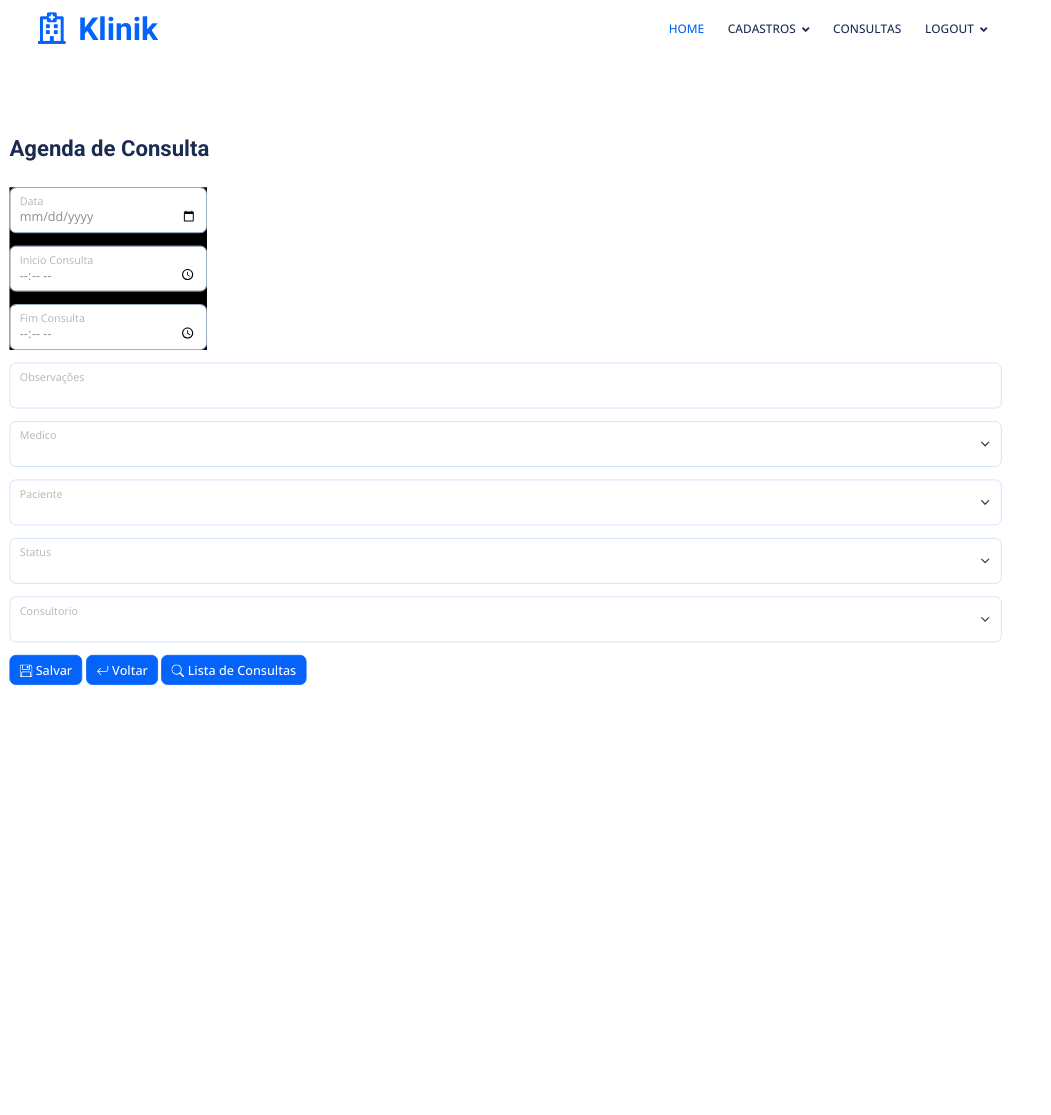
Repository: henrickrufino91/AgendaConsultas
Page: http://localhost/consulta/novaConsulta
The author's editor kept a copy of each file at every save. The page is drawn from the files as they stood at one save, then again after the next save.
The browser window is 1280 px wide. The page is 1331 px wide, so the pictures cover 1331 px, including what lies to the right of the window. The pictures show the whole page, at 79% of full size.
Some web libraries are served in a nearby version. The page is this project's Thymeleaf template; nobody is signed in. The template is opened directly, without the code that normally fills it, so the values that code supplies are empty.

Above is the page before, as saved 2024-12-27 03:50:19.

### clinica/src/main/resources/templates/consulta/novaConsulta.html
<!DOCTYPE html>
<html lang="en">

<head>
    <meta charset="utf-8">
    <title>Nova Consulta</title>
    <meta content="width=device-width, initial-scale=1.0" name="viewport">
    <meta content="" name="keywords">
    <meta content="" name="description">

    <!-- Favicon -->
    <link href="img/favicon.ico" rel="icon">

    <!-- Google Web Fonts -->
    <link rel="preconnect" href="https://fonts.googleapis.com">
    <link rel="preconnect" href="https://fonts.gstatic.com" crossorigin>
    <link href="https://fonts.googleapis.com/css2?family=Open+Sans:wght@400;500&family=Roboto:wght@500;700;900&display=swap" rel="stylesheet">

    <!-- Icon Font Stylesheet -->
    <link href="https://cdnjs.cloudflare.com/ajax/libs/font-awesome/5.10.0/css/all.min.css" rel="stylesheet">
    <link href="https://cdn.jsdelivr.net/npm/bootstrap-icons@1.4.1/font/bootstrap-icons.css" rel="stylesheet">

    <!-- Libraries Stylesheet -->
    <link href="lib/animate/animate.min.css" rel="stylesheet">
    <link href="lib/owlcarousel/assets/owl.carousel.min.css" rel="stylesheet">
    <link href="lib/tempusdominus/css/tempusdominus-bootstrap-4.min.css" rel="stylesheet" />

    <!-- Customized Bootstrap Stylesheet -->
    <link href="css/bootstrap.min.css" rel="stylesheet">

    <!-- Template Stylesheet -->
    <link href="css/style.css" rel="stylesheet">
</head>

<body>
    <!-- Spinner Start -->
    <div id="spinner" class="show bg-white position-fixed translate-middle w-100 vh-100 top-50 start-50 d-flex align-items-center justify-content-center">
        <div class="spinner-grow text-primary" style="width: 3rem; height: 3rem;" role="status">
            <span class="sr-only">Loading...</span>
        </div>
    </div>
    <!-- Spinner End -->


    <!-- Topbar Start -->
    <div class="container-fluid bg-light p-0 wow fadeIn" data-wow-delay="0.1s">

    </div>
    <!-- Topbar End -->


    <!-- Navbar Start -->
    <nav class="navbar navbar-expand-lg bg-white navbar-light sticky-top p-0 wow fadeIn" data-wow-delay="0.1s">
        <a href="index.html" class="navbar-brand d-flex align-items-center px-4 px-lg-5">
            <h1 class="m-0 text-primary"><i class="far fa-hospital me-3"></i>Klinik</h1>
        </a>
        <button type="button" class="navbar-toggler me-4" data-bs-toggle="collapse" data-bs-target="#navbarCollapse">
            <span class="navbar-toggler-icon"></span>
        </button>
        <div class="collapse navbar-collapse" id="navbarCollapse">
            <div class="navbar-nav ms-auto p-4 p-lg-0">
                <a th:href="@{/index}" class="nav-item nav-link active">Home</a>

                <div class="nav-item dropdown">
                    <a href="#" class="nav-link dropdown-toggle" data-bs-toggle="dropdown">Cadastros</a>
                    <div class="dropdown-menu rounded-0 rounded-bottom m-0">
                       <a th:href="@{/novoPaciente}" class="dropdown-item">Pacientes</a>
                        <a th:href="@{/novoMedico}" class="dropdown-item">Médicos(as)</a>
                        <a th:href="@{/novoUsuario}" class="dropdown-item">Usuários</a>
                        <a th:href="@{/novoConsultorio}" class="dropdown-item">Consultório</a>

                    </div>
                </div>
                <a th:href="@{/novaConsulta}" class="nav-item nav-link">Consultas</a>

                <div class="nav-item dropdown">
                    <a href="#" class="nav-link dropdown-toggle" data-bs-toggle="dropdown">Logout</a>
                    <div class="dropdown-menu rounded-0 rounded-bottom m-0">
                        <a th:href="@{/logout}" class="dropdown-item">Sair</a>

                    </div>
                </div>

            </div>
        </div>
    </nav>
    <!-- Navbar End -->


    <!-- Header Start -->
    <div class="container-fluid header bg-primary p-0 mb-5">




    </div>
    <!-- Header End -->


    <!-- About Start -->
    <div class="container-xxl py-5">

       <form method="post" th:action="@{/salvarConsulta}" th:object="${consulta}" autocomplete="off">

											<div class="alert alert-danger" role="alert" th:if="${msg}">
												<strong th:text="${msg}"></strong>
											</div>


											<h3>Agenda de Consulta</h3>

											<br>

											<div style="width: 250px; background-color: black;" >

                                            <div class="form-floating mb-3" id="a1">
                                                <input class="form-control" th:field="*{dataConsulta}" id="inputEmail" type="date" />
                                                <label for="inputEmail">Data</label>
                                            </div>

                                             <div class="form-floating mb-3" id="a1">
                                                <input class="form-control" th:field="*{inicioConsulta}" id="inputEmail" type="time" />
                                                <label for="inputEmail">Inicio Consulta</label>
                                            </div>

                                             <div class="form-floating mb-3" id="a1">
                                                <input class="form-control" th:field="*{fimConsulta}" id="inputEmail" type="time" />
                                                <label for="inputEmail">Fim Consulta</label>
                                            </div>

                                            </div>

                                             <div class="form-floating mb-3" id="a1">
                                                <input class="form-control" th:field="*{observacoes}" id="inputEmail" type="text" />
                                                <label for="inputEmail">Observações</label>
                                            </div>


                                          	<div class="form-floating mb-3" id="a1">

  											<select class="form-select" name="f" aria-label="Default select example" th:field="*{medico}">

       						 				<option th:each="m : ${listarMedicos}" th:value="${m.codMedico}" th:text="${m.nomeMedico}" />
                           					</select>
                                            <label for="inputEmail">Medico</label>

                                            </div>


                                          	<div class="form-floating mb-3" id="a1">

  											<select class="form-select" name="f" aria-label="Default select example" th:field="*{paciente}">

       						 				<option th:each="p : ${listarPacientes}" th:value="${p.codPaciente}" th:text="${p.nomePaciente}" />
                           					</select>
                                            <label for="inputEmail">Paciente</label>

                                            </div>


                                          	<div class="form-floating mb-3" id="a1">

  											<select class="form-select" name="f" aria-label="Default select example" th:field="*{status}">

       						 				<option th:each="s : ${listarStatus}" th:value="${s.codStatus}" th:text="${s.descricao}" />
                           					</select>
                                            <label for="inputEmail">Status</label>

                                            </div>


                                          	<div class="form-floating mb-3" id="a1">

  											<select class="form-select" name="f" aria-label="Default select example" th:field="*{consultorio}">

       						 				<option th:each="s : ${listarConsultorios}" th:value="${s.codConsultorio}" th:text="${s.nomeConsultorio}" />
                           					</select>
                                            <label for="inputEmail">Consultorio</label>

                                            </div>



                                            <div id="btt" class="form-floating mb-3">

										    <button type="submit" class="btn btn-primary"><svg xmlns="http://www.w3.org/2000/svg" width="16" height="16" fill="currentColor" class="bi bi-floppy" viewBox="0 0 16 16">
  											<path d="M11 2H9v3h2z"/>
  											<path d="M1.5 0h11.586a1.5 1.5 0 0 1 1.06.44l1.415 1.414A1.5 1.5 0 0 1 16 2.914V14.5a1.5 1.5 0 0 1-1.5 1.5h-13A1.5 1.5 0 0 1 0 14.5v-13A1.5 1.5 0 0 1 1.5 0M1 1.5v13a.5.5 0 0 0 .5.5H2v-4.5A1.5 1.5 0 0 1 3.5 9h9a1.5 1.5 0 0 1 1.5 1.5V15h.5a.5.5 0 0 0 .5-.5V2.914a.5.5 0 0 0-.146-.353l-1.415-1.415A.5.5 0 0 0 13.086 1H13v4.5A1.5 1.5 0 0 1 11.5 7h-7A1.5 1.5 0 0 1 3 5.5V1H1.5a.5.5 0 0 0-.5.5m3 4a.5.5 0 0 0 .5.5h7a.5.5 0 0 0 .5-.5V1H4zM3 15h10v-4.5a.5.5 0 0 0-.5-.5h-9a.5.5 0 0 0-.5.5z"/>
											</svg>  Salvar</button>


                                            <a class="btn btn-primary" th:href="@{/index}"><svg xmlns="http://www.w3.org/2000/svg" width="16" height="16" fill="currentColor" class="bi bi-arrow-return-left" viewBox="0 0 16 16">
  											<path fill-rule="evenodd" d="M14.5 1.5a.5.5 0 0 1 .5.5v4.8a2.5 2.5 0 0 1-2.5 2.5H2.707l3.347 3.346a.5.5 0 0 1-.708.708l-4.2-4.2a.5.5 0 0 1 0-.708l4-4a.5.5 0 1 1 .708.708L2.707 8.3H12.5A1.5 1.5 0 0 0 14 6.8V2a.5.5 0 0 1 .5-.5"/>
											</svg> Voltar</a>


                                            <a class="btn btn-primary" th:href="@{/listarConsultas}"><svg xmlns="http://www.w3.org/2000/svg" width="16" height="16" fill="currentColor" class="bi bi-search" viewBox="0 0 16 16">
  											<path d="M11.742 10.344a6.5 6.5 0 1 0-1.397 1.398h-.001q.044.06.098.115l3.85 3.85a1 1 0 0 0 1.415-1.414l-3.85-3.85a1 1 0 0 0-.115-.1zM12 6.5a5.5 5.5 0 1 1-11 0 5.5 5.5 0 0 1 11 0"/>
											</svg> Lista de Consultas</a>



                                            </div>

                                        </form>




    </div>
    <!-- About End -->


    <!-- Service Start -->
    <div class="container-xxl py-5">

    </div>
    <!-- Service End -->


    <!-- Feature Start -->
    <div class="container-fluid bg-primary overflow-hidden my-5 px-lg-0">

    </div>
    <!-- Feature End -->


    <!-- Team Start -->
    <div class="container-xxl py-5">

    </div>
    <!-- Team End -->


    <!-- Appointment Start -->
    <div class="container-xxl py-5">

    </div>
    <!-- Appointment End -->


    <!-- Testimonial Start -->
    <div class="container-xxl py-5">

    </div>
    <!-- Testimonial End -->


    <!-- Footer Start -->

    </div>
    <!-- Footer End -->


    <!-- Back to Top -->
    <a href="#" class="btn btn-lg btn-primary btn-lg-square rounded-circle back-to-top"><i class="bi bi-arrow-up"></i></a>


    <!-- JavaScript Libraries -->
    <script src="https://code.jquery.com/jquery-3.4.1.min.js"></script>
    <script src="https://cdn.jsdelivr.net/npm/bootstrap@5.0.0/dist/js/bootstrap.bundle.min.js"></script>
    <script src="lib/wow/wow.min.js"></script>
    <script src="lib/easing/easing.min.js"></script>
    <script src="lib/waypoints/waypoints.min.js"></script>
    <script src="lib/counterup/counterup.min.js"></script>
    <script src="lib/owlcarousel/owl.carousel.min.js"></script>
    <script src="lib/tempusdominus/js/moment.min.js"></script>
    <script src="lib/tempusdominus/js/moment-timezone.min.js"></script>
    <script src="lib/tempusdominus/js/tempusdominus-bootstrap-4.min.js"></script>

    <!-- Template Javascript -->
    <script src="js/main.js"></script>
</body>

</html>

### clinica/src/main/resources/static/css/style.css
/********** Template CSS **********/
:root {
    --primary: #0463FA;
    --light: #EFF5FF;
    --dark: #1B2C51;
}

.fw-medium {
    font-weight: 500 !important;
}

.fw-bold {
    font-weight: 700 !important;
}

.fw-black {
    font-weight: 900 !important;
}

.back-to-top {
    position: fixed;
    display: none;
    right: 45px;
    bottom: 45px;
    z-index: 99;
}


/*** Spinner ***/
#spinner {
    opacity: 0;
    visibility: hidden;
    transition: opacity .5s ease-out, visibility 0s linear .5s;
    z-index: 99999;
}

#spinner.show {
    transition: opacity .5s ease-out, visibility 0s linear 0s;
    visibility: visible;
    opacity: 1;
}


/*** Button ***/
.btn {
    font-weight: 500;
    transition: .5s;
}

.btn.btn-primary,
.btn.btn-secondary {
    color: #FFFFFF;
}

.btn-square {
    width: 38px;
    height: 38px;
}

.btn-sm-square {
    width: 32px;
    height: 32px;
}

.btn-lg-square {
    width: 48px;
    height: 48px;
}

.btn-square,
.btn-sm-square,
.btn-lg-square {
    padding: 0;
    display: flex;
    align-items: center;
    justify-content: center;
    font-weight: normal;
}


/*** Navbar ***/
.navbar .dropdown-toggle::after {
    border: none;
    content: "\f107";
    font-family: "Font Awesome 5 Free";
    font-weight: 900;
    vertical-align: middle;
    margin-left: 8px;
}

.navbar .navbar-nav .nav-link {
    margin-right: 30px;
    padding: 25px 0;
    color: #FFFFFF;
    font-size: 15px;
    font-weight: 500;
    text-transform: uppercase;
    outline: none;
}

.navbar .navbar-nav .nav-link:hover,
.navbar .navbar-nav .nav-link.active {
    color: var(--primary);
}

@media (max-width: 991.98px) {
    .navbar .navbar-nav .nav-link  {
        margin-right: 0;
        padding: 10px 0;
    }

    .navbar .navbar-nav {
        border-top: 1px solid #EEEEEE;
    }
}

.navbar .navbar-brand,
.navbar a.btn {
    height: 75px;
}

.navbar .navbar-nav .nav-link {
    color: var(--dark);
    font-weight: 500;
}

.navbar.sticky-top {
    top: -100px;
    transition: .5s;
}

@media (min-width: 992px) {
    .navbar .nav-item .dropdown-menu {
        display: block;
        border: none;
        margin-top: 0;
        top: 150%;
        opacity: 0;
        visibility: hidden;
        transition: .5s;
    }

    .navbar .nav-item:hover .dropdown-menu {
        top: 100%;
        visibility: visible;
        transition: .5s;
        opacity: 1;
    }
}


/*** Header ***/
.header-carousel .owl-carousel-text {
    position: absolute;
    width: 100%;
    height: 100%;
    padding: 3rem;
    top: 0;
    left: 0;
    display: flex;
    align-items: center;
    justify-content: center;
    text-shadow: 0 0 30px rgba(0, 0, 0, .1);
}

.header-carousel .owl-nav {
    position: absolute;
    width: 200px;
    height: 45px;
    bottom: 30px;
    left: 50%;
    transform: translateX(-50%);
    display: flex;
    justify-content: space-between;
}

.header-carousel .owl-nav .owl-prev,
.header-carousel .owl-nav .owl-next {
    width: 45px;
    height: 45px;
    display: flex;
    align-items: center;
    justify-content: center;
    color: #FFFFFF;
    background: transparent;
    border: 1px solid #FFFFFF;
    border-radius: 45px;
    font-size: 22px;
    transition: .5s;
}

.header-carousel .owl-nav .owl-prev:hover,
.header-carousel .owl-nav .owl-next:hover {
    background: var(--primary);
    border-color: var(--primary);
}

.header-carousel .owl-dots {
    position: absolute;
    height: 45px;
    bottom: 30px;
    left: 50%;
    transform: translateX(-50%);
    display: flex;
    align-items: center;
    justify-content: center;
}

.header-carousel .owl-dot {
    position: relative;
    display: inline-block;
    margin: 0 5px;
    width: 15px;
    height: 15px;
    background: transparent;
    border: 1px solid #FFFFFF;
    border-radius: 15px;
    transition: .5s;
}

.header-carousel .owl-dot::after {
    position: absolute;
    content: "";
    width: 5px;
    height: 5px;
    top: 4px;
    left: 4px;
    background: #FFFFFF;
    border-radius: 5px;
}

.header-carousel .owl-dot.active {
    background: var(--primary);
    border-color: var(--primary);
}

.page-header {
    background: url(../img/header-page.jpg) top center no-repeat;
    background-size: cover;
    text-shadow: 0 0 30px rgba(0, 0, 0, .1);
}

.breadcrumb-item + .breadcrumb-item::before {
    color: var(--light);
}


/*** Service ***/
.service-item {
    transition: .5s;
}

.service-item:hover {
    margin-top: -10px;
    box-shadow: 0 .5rem 1.5rem rgba(0, 0, 0, .08);
}

.service-item .btn {
    width: 40px;
    height: 40px;
    display: inline-flex;
    align-items: center;
    background: #FFFFFF;
    border-radius: 40px;
    white-space: nowrap;
    overflow: hidden;
    transition: .5s;
}

.service-item:hover .btn {
    width: 140px;
}


/*** Feature ***/
@media (min-width: 992px) {
    .container.feature {
        max-width: 100% !important;
    }

    .feature-text  {
        padding-left: calc(((100% - 960px) / 2) + .75rem);
    }
}

@media (min-width: 1200px) {
    .feature-text  {
        padding-left: calc(((100% - 1140px) / 2) + .75rem);
    }
}

@media (min-width: 1400px) {
    .feature-text  {
        padding-left: calc(((100% - 1320px) / 2) + .75rem);
    }
}


/*** Team ***/
.team-item img {
    position: relative;
    top: 0;
    transition: .5s;
}

.team-item:hover img {
    top: -30px;
}

.team-item .team-text {
    position: relative;
    height: 100px;
    transition: .5s;
}

.team-item:hover .team-text {
    margin-top: -60px;
    height: 160px;
}

.team-item .team-text .team-social {
    opacity: 0;
    transition: .5s;
}

.team-item:hover .team-text .team-social {
    opacity: 1;
}

.team-item .team-social .btn {
    display: inline-flex;
    color: var(--primary);
    background: #FFFFFF;
    border-radius: 40px;
}

.team-item .team-social .btn:hover {
    color: #FFFFFF;
    background: var(--primary);
}


/*** Appointment ***/
.bootstrap-datetimepicker-widget.bottom {
    top: auto !important;
}

.bootstrap-datetimepicker-widget .table * {
    border-bottom-width: 0px;
}

.bootstrap-datetimepicker-widget .table th {
    font-weight: 500;
}

.bootstrap-datetimepicker-widget.dropdown-menu {
    padding: 10px;
    border-radius: 2px;
}

.bootstrap-datetimepicker-widget table td.active,
.bootstrap-datetimepicker-widget table td.active:hover {
    background: var(--primary);
}

.bootstrap-datetimepicker-widget table td.today::before {
    border-bottom-color: var(--primary);
}


/*** Testimonial ***/
.testimonial-carousel::before {
    position: absolute;
    content: "";
    top: 0;
    left: 0;
    height: 100%;
    width: 0;
    background: linear-gradient(to right, rgba(255, 255, 255, 1) 0%, rgba(255, 255, 255, 0) 100%);
    z-index: 1;
}

.testimonial-carousel::after {
    position: absolute;
    content: "";
    top: 0;
    right: 0;
    height: 100%;
    width: 0;
    background: linear-gradient(to left, rgba(255, 255, 255, 1) 0%, rgba(255, 255, 255, 0) 100%);
    z-index: 1;
}

@media (min-width: 768px) {
    .testimonial-carousel::before,
    .testimonial-carousel::after {
        width: 200px;
    }
}

@media (min-width: 992px) {
    .testimonial-carousel::before,
    .testimonial-carousel::after {
        width: 300px;
    }
}

.testimonial-carousel .owl-item .testimonial-text {
    background: var(--light);
    transform: scale(.8);
    transition: .5s;
}

.testimonial-carousel .owl-item.center .testimonial-text {
    background: var(--primary);
    transform: scale(1);
}

.testimonial-carousel .owl-item .testimonial-text *,
.testimonial-carousel .owl-item .testimonial-item img {
    transition: .5s;
}

.testimonial-carousel .owl-item.center .testimonial-text * {
    color: var(--light) !important;
}

.testimonial-carousel .owl-item.center .testimonial-item img {
    background: var(--primary) !important;
}

.testimonial-carousel .owl-nav {
    position: absolute;
    width: 350px;
    top: 15px;
    left: 50%;
    transform: translateX(-50%);
    display: flex;
    justify-content: space-between;
    opacity: 0;
    transition: .5s;
    z-index: 1;
}

.testimonial-carousel:hover .owl-nav {
    width: 300px;
    opacity: 1;
}

.testimonial-carousel .owl-nav .owl-prev,
.testimonial-carousel .owl-nav .owl-next {
    position: relative;
    color: var(--primary);
    font-size: 45px;
    transition: .5s;
}

.testimonial-carousel .owl-nav .owl-prev:hover,
.testimonial-carousel .owl-nav .owl-next:hover {
    color: var(--dark);
}


/*** Footer ***/
.footer .btn.btn-social {
    margin-right: 5px;
    width: 35px;
    height: 35px;
    display: flex;
    align-items: center;
    justify-content: center;
    color: var(--light);
    border: 1px solid #FFFFFF;
    transition: .3s;
}

.footer .btn.btn-social:hover {
    color: var(--primary);
}

.footer .btn.btn-link {
    display: block;
    margin-bottom: 5px;
    padding: 0;
    text-align: left;
    color: #FFFFFF;
    font-size: 15px;
    font-weight: normal;
    text-transform: capitalize;
    transition: .3s;
}

.footer .btn.btn-link::before {
    position: relative;
    content: "\f105";
    font-family: "Font Awesome 5 Free";
    font-weight: 900;
    margin-right: 10px;
}

.footer .btn.btn-link:hover {
    color: var(--primary);
    letter-spacing: 1px;
    box-shadow: none;
}

.footer .copyright {
    padding: 25px 0;
    font-size: 15px;
    border-top: 1px solid rgba(256, 256, 256, .1);
}

.footer .copyright a {
    color: var(--light);
}

.footer .copyright a:hover {
    color: var(--primary);
}

Loaded but not shown: clinica/src/main/resources/static/lib/animate/animate.min.css (library); clinica/src/main/resources/static/lib/owlcarousel/assets/owl.carousel.min.css (common file); clinica/src/main/resources/static/lib/tempusdominus/css/tempusdominus-bootstrap-4.min.css (library); clinica/src/main/resources/static/css/bootstrap.min.css (library); clinica/src/main/resources/static/lib/wow/wow.min.js (library); clinica/src/main/resources/static/lib/easing/easing.min.js (common file); clinica/src/main/resources/static/lib/waypoints/waypoints.min.js (library); clinica/src/main/resources/static/lib/counterup/counterup.min.js (common file); clinica/src/main/resources/static/lib/owlcarousel/owl.carousel.min.js (library); clinica/src/main/resources/static/lib/tempusdominus/js/moment.min.js (library); clinica/src/main/resources/static/lib/tempusdominus/js/moment-timezone.min.js (library); clinica/src/main/resources/static/lib/tempusdominus/js/tempusdominus-bootstrap-4.min.js (library); clinica/src/main/resources/static/js/main.js (97 lines, source omitted)

After the next save:
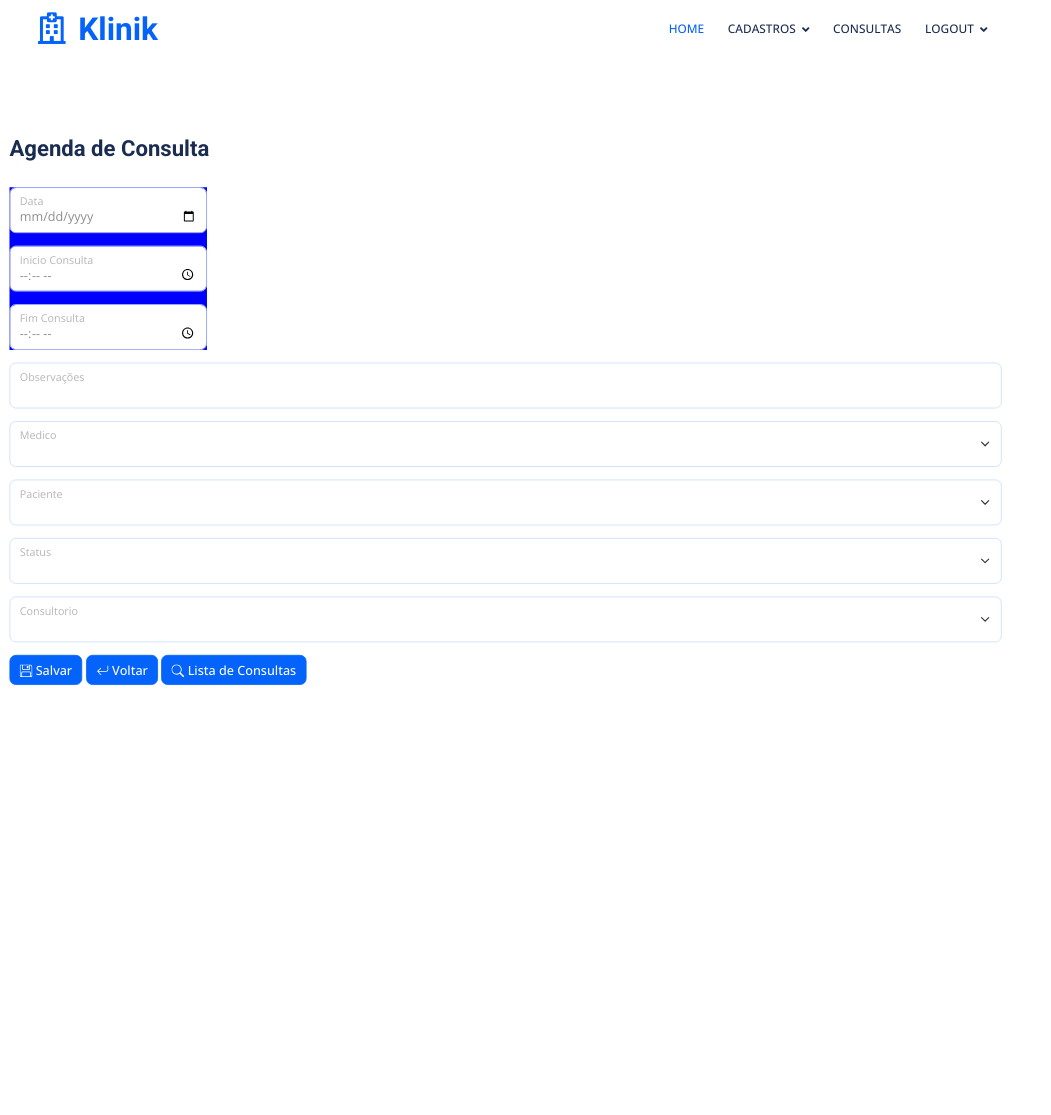
Saved 43 s later.
--- a/clinica/src/main/resources/templates/consulta/novaConsulta.html
+++ b/clinica/src/main/resources/templates/consulta/novaConsulta.html
@@ -111,7 +111,7 @@
 
 											<br>
 
-											<div style="width: 250px; background-color: black;" >
+											<div style="width: 250px; background-color:blue;" >
 
                                             <div class="form-floating mb-3" id="a1">
                                                 <input class="form-control" th:field="*{dataConsulta}" id="inputEmail" type="date" />
